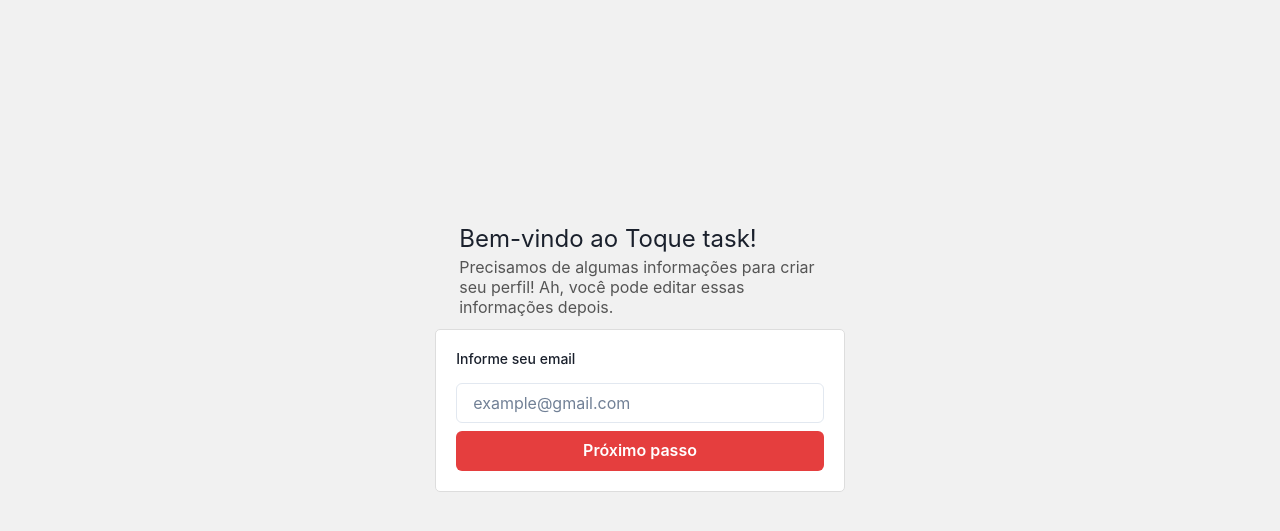
Repository: jorgelucasjs/chakra-ui-doc
Page: /
An editor plug-in stored every save of this project. The page is shown before and after the next save, followed by the edit.
The browser window is 1280 px wide. The pictures show the whole page.
The project was rebuilt for these pictures with package versions that can differ from the ones it lists, and the page was loaded fresh each time.

Above is the page before, as saved 2023-01-06 14:30:48.

### public/index.html
<!DOCTYPE html>
<html lang="en">
  <head>
    <meta charset="utf-8" />
   <!--  <link rel="icon" href="%PUBLIC_URL%/logo.jpg" /> -->
    <meta name="viewport" content="width=device-width, initial-scale=1" />
    <meta name="theme-color" content="#000000" />
    <meta
      name="description"
      content="Web site created using create-react-app"
    />
    <!-- <link rel="apple-touch-icon" href="%PUBLIC_URL%/logo.jpg" /> -->
    <!--
      manifest.json provides metadata used when your web app is installed on a
      user's mobile device or desktop. See https://developers.google.com/web/fundamentals/web-app-manifest/
    -->
    <link rel="manifest" href="%PUBLIC_URL%/manifest.json" />
    <!--
      Notice the use of %PUBLIC_URL% in the tags above.
      It will be replaced with the URL of the `public` folder during the build.
      Only files inside the `public` folder can be referenced from the HTML.

      Unlike "/favicon.ico" or "favicon.ico", "%PUBLIC_URL%/favicon.ico" will
      work correctly both with client-side routing and a non-root public URL.
      Learn how to configure a non-root public URL by running `npm run build`.
    -->
    <title>Chackra ui</title>
  </head>
  <body>
    <noscript>You need to enable JavaScript to run this app.</noscript>
    <div id="root"></div>
    <!--
      This HTML file is a template.
      If you open it directly in the browser, you will see an empty page.

      You can add webfonts, meta tags, or analytics to this file.
      The build step will place the bundled scripts into the <body> tag.

      To begin the development, run `npm start` or `yarn start`.
      To create a production bundle, use `npm run build` or `yarn build`.
    -->
  </body>
</html>

### src/index.tsx
import React from 'react';
import ReactDOM from 'react-dom/client';
import App from './App';
import reportWebVitals from './reportWebVitals';

const root = ReactDOM.createRoot(
  document.getElementById('root') as HTMLElement
);


root.render(

	<React.StrictMode>
		<App />
	</React.StrictMode>

);

reportWebVitals();

### src/App.tsx
import * as React from 'react';
import PagesRouter from './routes';
import { extendTheme, ChakraProvider, ColorModeScript } from '@chakra-ui/react';
import theme from './theme/theme';

export default function App(): JSX.Element {

	return (
		<ChakraProvider theme={theme}>
			<ColorModeScript initialColorMode={theme.config.initialColorMode} />
			<PagesRouter />
		</ChakraProvider>
	);
}

### src/routes/index.tsx
import React from 'react';
import { BrowserRouter, Route, Routes } from 'react-router-dom';
import Home from '../pages';
import GlobalStyle from './../style/Global';
export default function PagesRouter(): JSX.Element {
	return (

		<BrowserRouter>
			<GlobalStyle />

			<Routes>

				<Route
					path='/'
					element={<Home />}
				/>
			</Routes>
		</BrowserRouter>

	);
}

### src/theme/theme.ts
import { extendTheme, ThemeConfig } from '@chakra-ui/react';

const config: ThemeConfig = {
	initialColorMode: 'light',
	useSystemColorMode: false,
};

const colors = {
	brand: {
		900: '#1a365d',
		800: '#153e75',
		700: '#2a69ac',
	},
};

const theme = extendTheme({ config, colors });

export default theme;

### src/pages/index.tsx
import React from 'react';
import { Box, Text, Flex, FormControl, FormLabel, Input,Button } from '@chakra-ui/react';


export default function index(): JSX.Element {

	return (
		<Flex justify={'center'} bg={'#F1F1F1'} height='100vh'>
			<Box h={300} w={'32%'} mt={200}>
				<Box p={6} pb={0}>
					<Text fontSize='2xl' mb={1}>Bem-vindo ao Toque task!</Text>
					<Text fontSize='16' color={'#555555'}>Precisamos de algumas informações para criar seu perfil! Ah,
						você pode editar essas informações depois.</Text>
				</Box>

				<Box bg='#fff' p={5} mt={3} borderRadius={5} border='1px solid #ddd'>
					<FormControl>
						<FormLabel fontSize='14' mb='4'>Informe seu email</FormLabel>
						<Input type='email' placeholder='example@gmail.com'/>
						<Button w={'100%'} mt={2} colorScheme={'red'} color='#fff'>Próximo passo  </Button>
					</FormControl>
				</Box>
			</Box>
		</Flex>
	);
}

### src/style/Global.ts
import { createGlobalStyle } from 'styled-components';

export default createGlobalStyle`
  * {
	  margin: 0;
	  padding: 0;
	  box-sizing: border-box;
	}

  body {
	  width: 100vw;
	  background:#fefefe;
  }

  body,
  input,
  textarea,
  button {
	font: 400 1rem Inter, sans-serif;
  }

  h1 {
	font-size: 2.5rem;
	font: 700;
	font-family: 'Work Sans', sans-serif;
  }

  h2 {
	font-size: 1.5rem;
  }

  button {
	cursor: pointer;
  }

  h1,
  h2,
  h3,
  h4,
  h5,
  h6 {
	font-weight: 600;
	font-family: Lexend, sans-serif;
  }

  input {
	outline: none;
  }
  a{
	text-decoration:none;
	color:#fff;
  }
  .modalContent,
  .secondModal {
	>img {
	  width: 15rem;
	  margin: 15px auto;
	  display: flex;
	  justify-content: center;
	  align-self: center;
	}
	> form {
	  margin: 20px 0;
	  width: 100%;
	  text-align: center;

	> label {
	  display: flex;
	  align-items: flex-start;
	  margin: 15px 0;
	  color: #1c1c1c;
	}

	>button {
	  margin-top: 25px;
	}
  }
}


.secondModal {
  >h1 {
	text-align: center;
	margin: 4rem 0 0 0;
  }

  >span {
	display: block;
	text-align: center;
	color: #1c1c1c;
	font-size: 15px;
	margin: 20px 0;
  }
}



`;

Loaded but not shown: src/reportWebVitals.ts (common file)

After the next save:
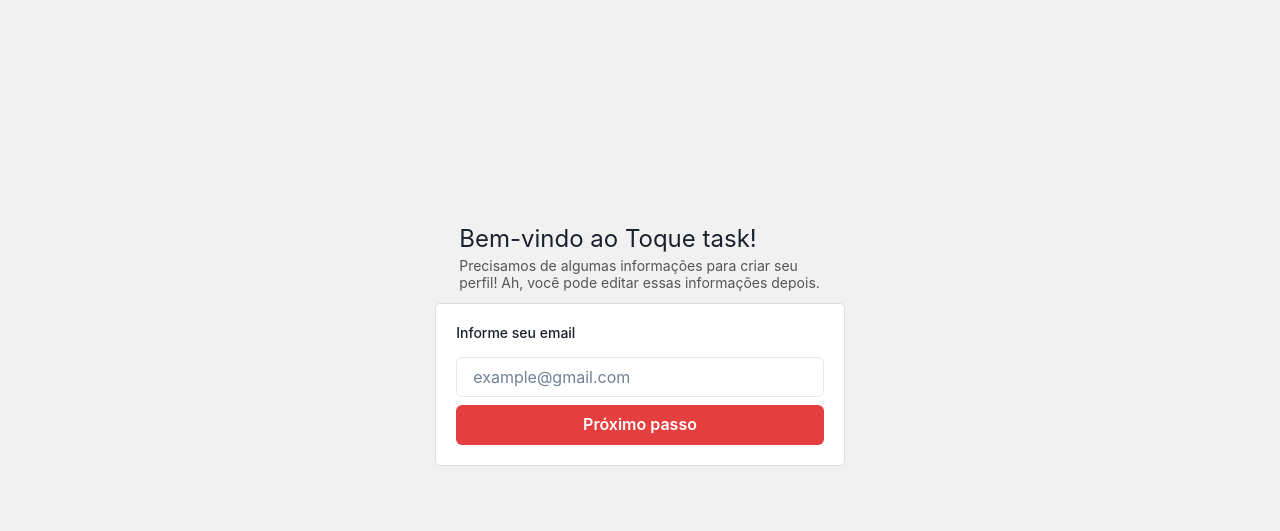
Saved 4 s later.
--- a/src/pages/index.tsx
+++ b/src/pages/index.tsx
@@ -9,7 +9,7 @@
 			<Box h={300} w={'32%'} mt={200}>
 				<Box p={6} pb={0}>
 					<Text fontSize='2xl' mb={1}>Bem-vindo ao Toque task!</Text>
-					<Text fontSize='16' color={'#555555'}>Precisamos de algumas informações para criar seu perfil! Ah,
+					<Text fontSize='14' color={'#555555'}>Precisamos de algumas informações para criar seu perfil! Ah,
 						você pode editar essas informações depois.</Text>
 				</Box>
 
